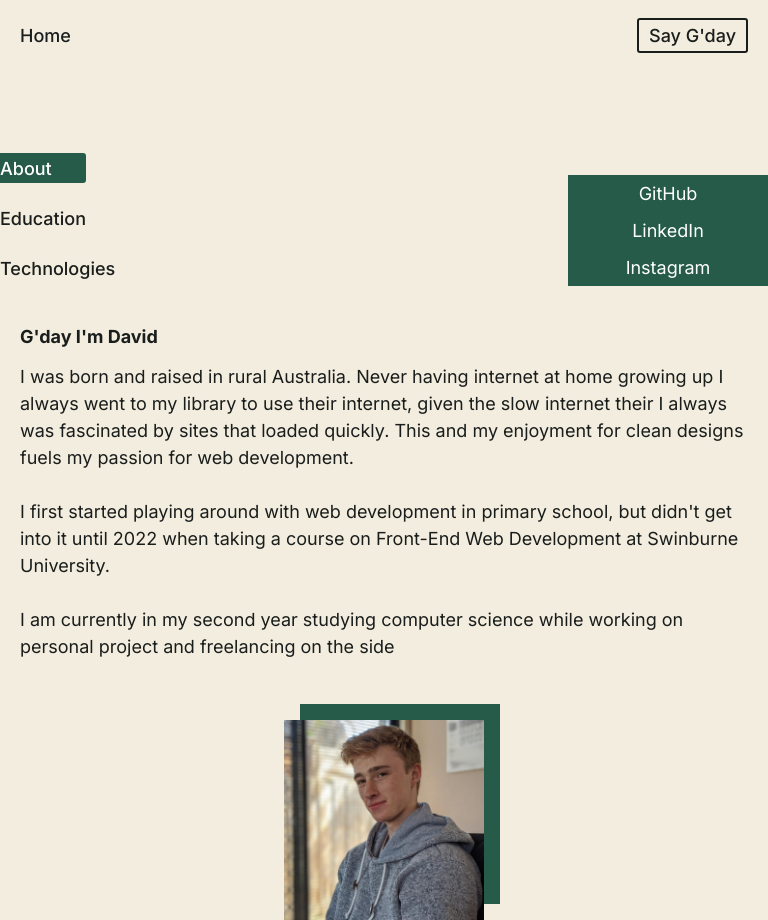
Repository: David-Waite/David-Waite-Portfolio
Page: /about
These files come from the project's save history. The page is drawn as it stood at one moment and after the next save; the edit follows.
The browser window is 768 px wide. The pictures show the whole page.
The project was rebuilt for these pictures with package versions that can differ from the ones it lists, and the page was loaded fresh each time. The framework's server and built-in components were replaced by stand-ins that run in the browser. Also part of the build but not shown: next.config.js.

Above is the page before, as saved 2023-07-27 13:00:27.

### app/layout.tsx
import "./globals.css";
import type { Metadata } from "next";
import { Inter } from "next/font/google";
import Link from "next/link";
import NavBar from "./components/Nav/NavBar/NavBar";

const inter = Inter({ subsets: ["latin"] });

export const metadata: Metadata = {
  title: "Create Next App",
  description: "Generated by create next app",
};

export default function RootLayout({
  children,
}: {
  children: React.ReactNode;
}) {
  return (
    <html lang="en">
      <body className={inter.className}>
        <NavBar />
        {children}
      </body>
    </html>
  );
}

### app/about/page.tsx
"use client";

import Image from "next/image";
import styles from "./page.module.css";
import Menu from "../components/About/Menu/Menu";
import { useState } from "react";

export default function About() {
  const [selected, setSelected] = useState({
    about: true,
    education: false,
    technologies: false,
  });

  function handleClick(select: string) {
    setSelected(() => {
      return {
        about: select === "about" ? true : false,
        education: select === "education" ? true : false,
        technologies: select === "technologies" ? true : false,
      };
    });
  }

  const AboutText = (
    <>
      <h1>G&apos;day I&apos;m David</h1>
      <p className={styles.description}>
        I was born and raised in rural Australia. Never having internet at home
        growing up I always went to my library to use their internet, given the
        slow internet their I always was fascinated by sites that loaded
        quickly. This and my enjoyment for clean designs fuels my passion for
        web development.
        <br />
        <br /> I first started playing around with web development in primary
        school, but didn&apos;t get into it until 2022 when taking a course on
        Front-End Web Development at Swinburne University.
        <br />
        <br /> I am currently in my second year studying computer science while
        working on personal project and freelancing on the side
      </p>
    </>
  );

  const EducationText = (
    <>
      <h1>My Education</h1>
      <ul className={`${styles.description} ${styles.descriptionList} `}>
        <li>
          CT50220 Dimploma of Information Technology (Front End Web Development)
          | 2022
        </li>
        <li>BA-CS Bachelor of Computer Science | 2023 - current</li>
        <li>Front end developer career path (72hrs) | Scrimba (online)</li>
        <li>
          React Native - The Practical Guide 2022 (26hrs) | Udemy (online)
        </li>
        <li>
          C# Basics for Beginners: Learn C# Fundamentals by Coding (6hrs) |
          Udemy (online)
        </li>
        <li>
          C# Intermediate: Classes, Interfaces and OOP (6hrs) | Udemy (online)
        </li>
      </ul>
    </>
  );
  const TechnologiesText = (
    <>
      <h1>What I&apos;m confortable with</h1>
      <ul className={`${styles.description} ${styles.descriptionList} `}>
        <li>HTML</li>
        <li>CSS</li>
        <li>Next.Js</li>
        <li>Contentful</li>
        <li>React.Js</li>
        <li>JavaScript</li>
        <li>C#</li>
      </ul>
    </>
  );

  let textContent;

  if (selected.about) {
    textContent = AboutText;
  }
  if (selected.technologies) {
    textContent = TechnologiesText;
  }
  if (selected.education) {
    textContent = EducationText;
  }
  return (
    <main className={styles.container}>
      <Menu selected={selected} onClick={handleClick} mobile={false} />
      <div className={styles.content}>
        <div className={styles.textContainer}>
          <div className={styles.paragraphContainer}>{textContent}</div>
        </div>

        <div className={styles.imageContainer}>
          <Image src="/aboutMe.jpg" fill={true} alt="David" />
        </div>
      </div>
      <div className={styles.moblieLinkContainer}>
        <Menu selected={selected} onClick={handleClick} mobile={true} />
        <div className={`${styles.desktopLink} ${styles.links}`}>
          <a href="https://github.com/David-Waite" target="_blank">
            GitHub
          </a>
          <a href="www.linkedin.com/in/davidwaitedev" target="_blank">
            LinkedIn
          </a>
          <a href="https://www.instagram.com/david__waite/" target="_blank">
            Instagram
          </a>
        </div>
      </div>
    </main>
  );
}

### app/contact/send/route.ts
import mail from "@sendgrid/mail";
import { NextResponse } from "next/server";

// Create an api key in sendgrid and store someplace safe
mail.setApiKey(process.env.SENDGRID_API_KEY || "");

type ResponseData = {
  status?: string;
  message?: string;
};

export async function POST(request: Request) {
  let response: ResponseData = {};
  const body = await request.json();
  // I know the formData I sent in my request has name, email, and message fields so I'm just manually grabbing them to format a message
  const message = `
    Name: ${body.name}\r\n
    Email: ${body.email}\r\n
    Message: ${body.message}

  `;
  const data = {
    to: "davidwaite122@gmail.com",
    from: "davidwaiteportfolio@zohomail.com.au",
    subject: "Contact Message via Sendgrid",
    text: message,
    html: message.replace(/\r\n/g, "<br>"),
  };

  // Send the data and create a response object. I'm using status and message to display a success or fail notification in the UI
  await mail
    .send(data)
    .then(() => {
      response = {
        status: "success",
        message: "Your message was sent. I'll be in contact shortly.",
      };
    })
    .catch((error) => {
      response = {
        status: "error",
        message: `Message failed to send with error, ${error}`,
      };
    });

  return NextResponse.json(response);
}

### app/globals.css
:root {
  --primary: #255b48;
  --black: #191d1b;
  --background: #f3eddf;
  --white: #ffffff;
  --grey: #606060;
  --error: #a83c23;
}

.paragraph {
  font-size: 18px;
  font-style: normal;
  font-weight: 400;
  line-height: 25.2px;
  color: var(--black);
}

body {
  background-color: var(--background);
}

* {
  padding: 0;
  margin: 0;
  box-sizing: border-box;
}

### app/components/Nav/NavBar/NavBar.tsx
"use client";
import NavButton from "../NavButton/NavButton";
import styles from "./navBar.module.css";
import { usePathname } from "next/navigation";

import Link from "next/link";

export default function NavBar() {
  const currentRoute = usePathname();

  return (
    <nav className={styles.container}>
      <Link
        className={styles.link}
        href={`./${currentRoute === "/" ? "about" : "/"}`}
      >
        {currentRoute === "/" ? "About" : "Home"}
      </Link>

      {currentRoute !== "/contact" && <NavButton />}
    </nav>
  );
}

### app/about/page.module.css
.container {
  display: flex;
  height: calc(100vh - 70px);
  width: 100%;
  align-items: center;
  justify-content: center;
}

.content {
  position: relative;
  display: flex;
  align-items: center;
  gap: 200px;
}
.imageContainer {
  position: relative;
  width: 440px;
  height: 440px;
  box-shadow: var(--primary) 16px -16px 0px 0px;
}

.descriptionList {
  margin-left: 32px;
  margin-right: -32px;
}
.content h1 {
  color: var(--black);
  font-size: 18px;
  font-weight: 700;
  margin-bottom: 16px;
}
.description {
  color: var(--black);
  font-size: 18px;
  font-weight: 400;

  width: 740px;

  line-height: 27px;
}

.links {
  margin-top: 24px;
  position: absolute;
  left: -56px;
  padding: 0 56px;
  background-color: var(--primary);
  display: flex;
  align-items: center;
  flex-direction: column;
}
.mobileLink {
  display: none;
}
.links a {
  cursor: pointer !important;
  color: var(--white);
  text-decoration: none;
  font-size: 18px;
  margin: 8px 0;
}

.container hr {
  width: 100%;
  display: none;
}
.links a:hover {
  color: var(--grey);
}

.mobileMenu {
  display: none;
}

@media (max-width: 2000px) {
  .content {
    gap: 100px;
  }
}
@media (max-width: 1850px) {
  .imageContainer {
    width: 350px;
    height: 350px;
  }
}

@media (max-width: 1750px) {
  .imageContainer {
    width: 350px;
    height: 350px;
    margin-right: -50px;
  }
}

@media (max-width: 1650px) {
  .description {
    width: 700px;
  }
}

@media (max-width: 1550px) {
  .imageContainer {
    margin-right: -100px;
    width: 300px;
    height: 300px;
  }
}

@media (max-width: 1450px) {
  .imageContainer {
    margin-right: -150px;
    width: 300px;
    height: 300px;
  }
}

@media (max-width: 1350px) {
  .content {
    gap: 50px;
  }
}
@media (max-width: 1250px) {
  .description {
    width: 625px;
  }
}

@media (max-width: 1200px) {
  .container {
    padding: 20px;
    margin-top: 40px;
    display: block;
    height: 500px;
  }

  .description {
    margin-right: 16px;
    width: 100%;
    max-width: 761px;
    height: 300px;
  }
  .descriptionList {
    margin-left: 16px;
    margin-right: 0px;
  }
  .content {
    justify-content: space-between;
  }
  .imageContainer {
    min-width: 300px;
    margin-right: 0px;
    margin-top: 20px;
    width: 200px;
    height: 200px;
    min-width: 200px;
    align-self: flex-start;
  }
  .links {
    position: static;
    width: 200px;
    margin-left: auto;
  }
  .moblieLinkContainer {
    margin-top: 40px;
    display: flex;
  }
}

@media (max-width: 850px) {
  .description {
    height: 380px;
  }
}

@media (max-width: 768px) {
  .content {
    flex-direction: column;
    gap: 40px;
  }
  .imageContainer {
    align-self: center;
  }
  .description {
    height: auto;
  }
  .container {
    display: flex;
    flex-direction: column-reverse;
  }
  .moblieLinkContainer {
    align-items: center;
    justify-content: space-between;
    width: 100vw;
    margin: 350px 0 40px;
  }
}

@media (max-width: 425px) {
  .links a,
  .content h1,
  .description {
    font-size: 16px;
  }
}

### app/components/About/Menu/Menu.tsx
"use client";
import { CSSProperties, useState } from "react";
import styles from "./menu.module.css";
export default function Menu(props: {
  onClick: any;
  selected: any;
  mobile: boolean;
}) {
  function handleClick(select: string) {
    props.onClick(select);
  }

  const selectedBackground: any = {
    left: "0px",
  };
  const selectedP: any = {
    color: "white",
  };

  return (
    <div
      className={`${styles.menu} ${
        props.mobile === true ? styles.moblie : styles.desktop
      }`}
      id="menu"
    >
      <div
        className={`${styles.linkContainer} ${styles.about}`}
        onClick={() => handleClick("about")}
      >
        <div
          className={styles.aboutBackground}
          style={Object.assign(props.selected.about && selectedBackground)}
        ></div>
        <p style={Object.assign(props.selected.about && selectedP)}>About</p>
      </div>
      <br />
      <div
        className={`${styles.linkContainer} ${styles.education}`}
        onClick={() => handleClick("education")}
      >
        <div
          className={styles.educationBackground}
          style={Object.assign(props.selected.education && selectedBackground)}
        ></div>
        <p style={Object.assign(props.selected.education && selectedP)}>
          Education
        </p>
      </div>
      <br />
      <div
        className={`${styles.linkContainer} ${styles.technologies}`}
        onClick={() => handleClick("technologies")}
      >
        <div
          className={styles.technologiesBackground}
          style={Object.assign(
            props.selected.technologies && selectedBackground
          )}
        ></div>
        <p style={Object.assign(props.selected.technologies && selectedP)}>
          Technologies
        </p>
      </div>
    </div>
  );
}

### app/components/Nav/NavButton/NavButton.tsx
import styles from "./navButton.module.css";

import Link from "next/link";

export default function NavButton() {
  return (
    <Link className={styles.container} href={"./contact"}>
      Say G&apos;day
    </Link>
  );
}

### app/components/Nav/NavBar/navBar.module.css
.container {
  display: flex;
  align-items: center;
  justify-content: space-between;
  height: 70px;
  padding: 0 30px;
}

.link {
  color: var(--black);
  text-decoration: none;
  font-size: 18px;
  font-weight: 500;
  cursor: pointer !important;
}

.link:hover {
  color: var(--grey);
}

@media (max-width: 768px) {
  .container {
    padding: 0 20px;
  }
}
@media (max-width: 425px) {
  .link {
    font-size: 16px;
  }
}

### app/components/About/Menu/menu.module.css
.menu {
  position: absolute;
  left: 0;
  font-size: 18px;
  font-weight: 500;
}

.menu div {
  display: flex;
  align-items: center;
}

.linkContainer {
  position: relative;
}
.linkContainer p {
  position: relative;
  cursor: pointer !important;
  color: var(--black);
}

.aboutBackground,
.educationBackground,
.technologiesBackground {
  position: absolute;
  background-color: var(--primary);
  left: 0;
  height: 30px;
  border-radius: 0 3px 3px 0;
  transition: 0.3s ease-in;
}
.about {
  width: 116px;
}
.aboutBackground {
  width: 116px;
  left: -116px;
}
.about:hover .aboutBackground {
  left: 0;
}

.education {
  width: 148px;
}
.educationBackground {
  width: 148px;
  left: -148px;
}
.education:hover .educationBackground {
  left: 0;
}

.technologies {
  width: 175px;
}
.technologiesBackground {
  width: 175px;
  left: -175px;
}
.technologies:hover .technologiesBackground {
  left: 0;
}

.menu p {
  top: 0;
  padding: 4px 30px;

  transition: 0.3s;
}

.selected {
  border-radius: 0 3px 3px 0;
  color: var(--white);
  background: rgb(37, 91, 72);
}

.linkContainer p:hover {
  position: relative;
  color: var(--white);
}

.moblie {
  display: none;
}
@media (max-width: 1200px) {
  .menu {
    top: calc((100vh - 70px) / 2);
    z-index: 4;
  }
  .desktop {
    display: none;
  }

  .moblie {
    display: block;
    position: inherit;
    margin-left: -30px;
  }
}

### app/components/Nav/NavButton/navButton.module.css
.container {
  border: 2px solid var(--black);
  color: var(--black);
  font-weight: 500;
  border-radius: 3px;
  font-size: 18px;
  padding: 5px 10px;
  transition: 0.3s;
  text-decoration: none;
  cursor: pointer !important;
}

.container:hover {
  background-color: var(--primary);
  color: var(--white);
}

@media (max-width: 425px) {
  .container {
    font-size: 16px;
  }
}

After the next save:
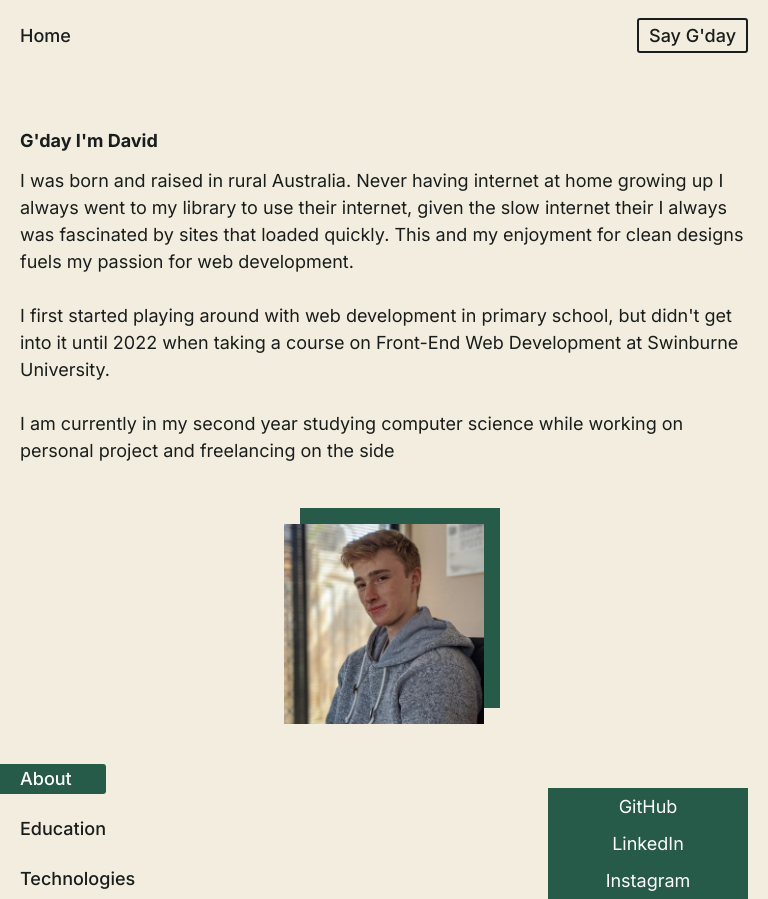
Saved 11 s later.
--- a/app/about/page.module.css
+++ b/app/about/page.module.css
@@ -183,16 +183,6 @@
   .description {
     height: auto;
   }
-  .container {
-    display: flex;
-    flex-direction: column-reverse;
-  }
-  .moblieLinkContainer {
-    align-items: center;
-    justify-content: space-between;
-    width: 100vw;
-    margin: 350px 0 40px;
-  }
 }
 
 @media (max-width: 425px) {
